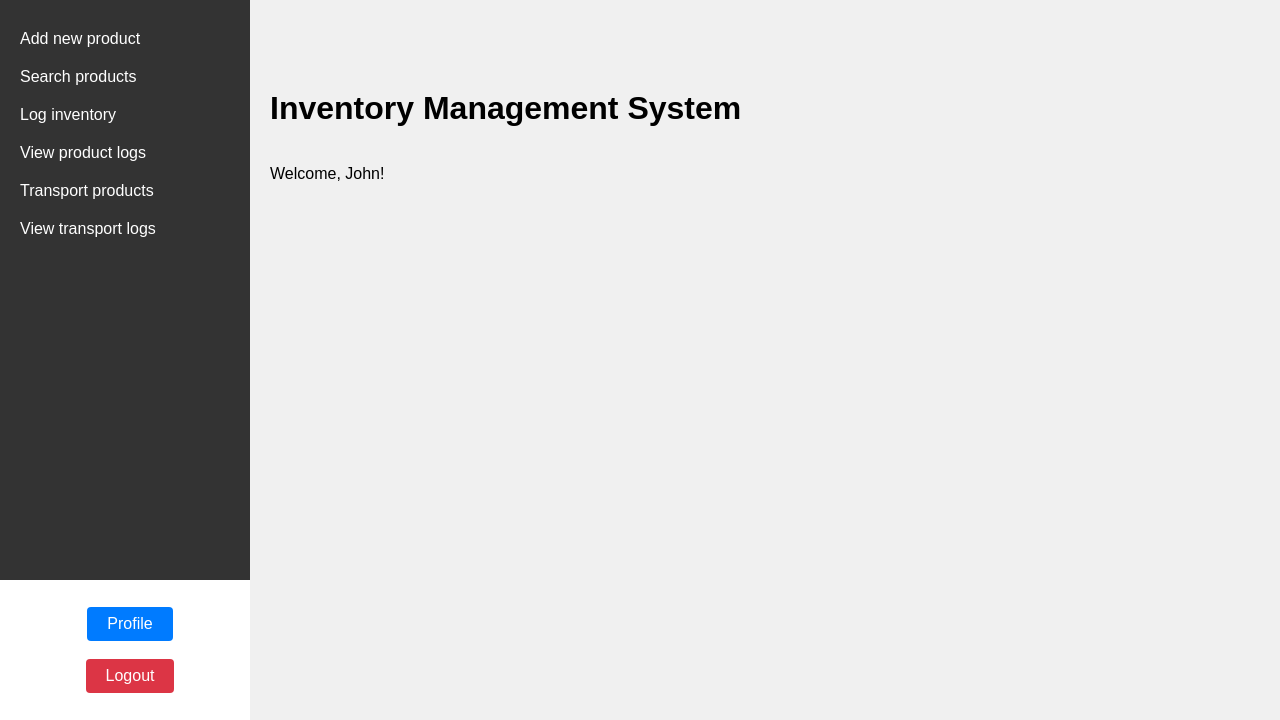
Repository: Warspinix/Flask-Web-Applications
Page: http://localhost/dashboard
These files come from the project's save history. The page is drawn as it stood at one moment and after the next save; the edit follows.
The browser window is 1280 px wide. The pictures show the whole page.
The page is served by the project's application, run on Flask 3 (app.py). The session is filled in as if someone had signed in: {"user_id": 1, "first_name": "John"}.

Above is the page before, as saved 2024-06-13 22:31:50.

After the next save:
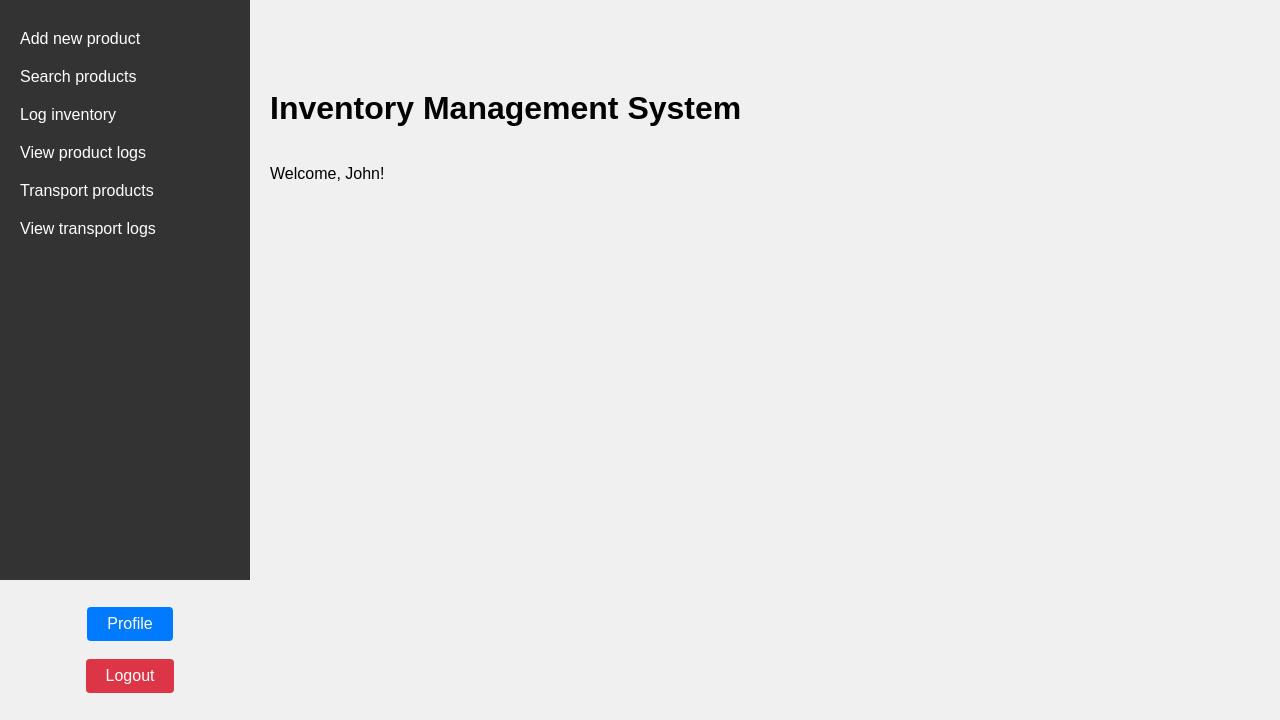
Saved 24 s later.
--- a/static/style.css
+++ b/static/style.css
@@ -81,7 +81,7 @@ h1 {
 .profile-logout {
     display: flex;
     flex-direction: column;
-    background-color: white;
+    background-color: #f0f0f0;
     align-items: center;
     justify-content: center;
     text-align: right;
